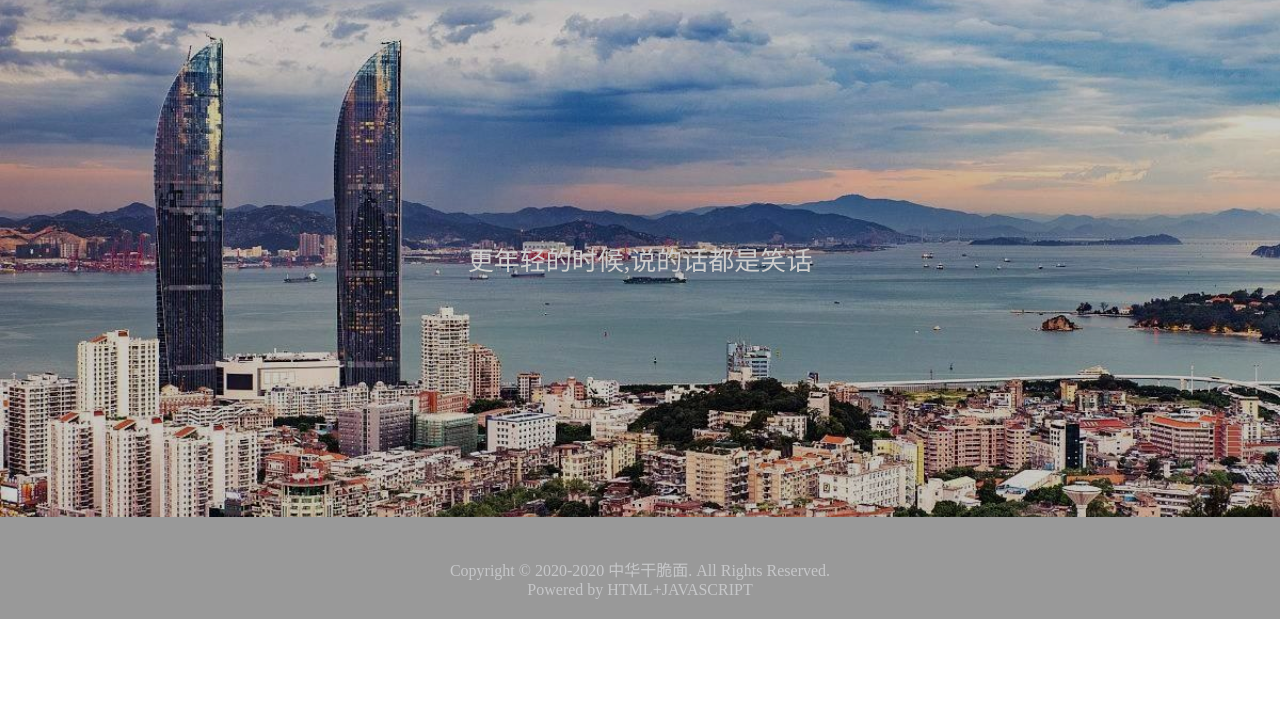
Repository: airsky0605/airsky0605.github.io
Page: index.html
The author's editor kept a copy of each file at every save. The page is drawn from the files as they stood at one save, then again after the next save.
The browser window is 1280 px wide. The pictures show the whole page.

Above is the page before, as saved 2020-04-10 17:48:16.

### index.html
<!DOCTYPE html>
<html lang="en">
<head>
  <meta charset="UTF-8">
  <meta name="viewport" content="width=device-width, initial-scale=1.0">
  <meta http-equiv="X-UA-Compatible" content="ie=edge">
  <link rel="stylesheet" href="./css/common.css">
  <link rel="stylesheet" href="./css/reset.css">
  <title>Document</title>
</head>
<body>
  <div class="banner">
    <div class="inner">
      <p class="t1">更年轻的时候,说的话都是笑话</p>
    </div>
  </div>
  <div class="container mainbox">

  </div>
  <footer class="footer">
    <div class="inner">
      <p>Copyright © 2020-2020 中华干脆面. All Rights Reserved.</p>
      <p>Powered by HTML+JAVASCRIPT</p>
    </div>
  </footer>
</body>
</html>

### css/common.css
.mainbox{
  max-width: 1200px;
  margin: 0 auto;
  overflow: hidden;
}
.banner{
  position: relative;
  background: url(../img/banner.jpeg) 0% 50% / cover no-repeat;
}
.banner::after{
  content: "";
  position: absolute;
  top: 0px;
  left: 0px;
  width: 100%;
  height: 100%;
  z-index: 1;
  background: rgba(0, 0, 0, 0.2);
}
.banner .inner{
  padding: 240px 0;
  position: relative;
}
.banner .inner p{
  text-align: center;
  color: #fff;
  position: relative;
  background: transparent;
}
.banner .inner .t1{
  font-size: 26px;

}
.banner .inner .t2{
  font-size: 22px;
  text-decoration: line-through;
}

.container{

}

.footer{
  background: #999;
  color: #c6c7c9;
  text-align: center;
}
.footer .inner{
  padding: 40px 0 20px;
}

### css/reset.css
/*RESET v3*/
html, body, div, span, object, iframe, h1, h2, h3, h4, h5, h6, p, blockquote, a, cite, img, sub, sup, dl, dt, dd, ol, ul, li, fieldset, form, label, legend, table, caption, tbody, tfoot, thead, tr, th, td, article, aside, canvas, details, embed, figure, figcaption, footer, header, hgroup, menu, nav, output, ruby, section, summary, time, mark, audio, video {
  border: 0;
  font: inherit;
  margin: 0;
  padding: 0;
  font-weight: normal;
  vertical-align: baseline;
}
html,body{
  height:100%
}
article, aside, details, figcaption, figure, footer, header, hgroup, menu, nav, section {
  display: block;
}
button {
  outline: none;
}
ol, ul {
  margin: 0;
  padding: 0;
}
ol, ul, li {
  list-style: none;
}
i, em {
  font-style: normal;
}
blockquote {
  quotes: none;
}
blockquote:before, blockquote:after {
  content: '';
  content: none;
}
a {
  outline: none;
  text-decoration: none;
  text-decoration:none;
  text-decoration: none;
  transition: background-color .5s ease 0s,color .5s ease 0s,width .5s ease 0s,border-width .5s ease 0s,border-color .5s ease 0s;
  -webkit-transition: background-color .5s ease 0s,color .5s ease 0s,width .5s ease 0s,border-width .5s ease 0s,border-color .5s ease 0s;
  -moz-transition: background-color .5s ease 0s,color .5s ease 0s,width .5s ease 0s,border-width .5s ease 0s,border-color .5s ease 0s;
  -ms-transition: background-color .5s ease 0s,color .5s ease 0s,width .5s ease 0s,border-width .5s ease 0s,border-color .5s ease 0s;
  -o-transition: background-color .5s ease 0s,color .5s ease 0s,width .5s ease 0s,border-width .5s ease 0s,border-color .5s ease 0s
}
input, textarea{
  font-family: inherit;
  font-size: inherit;
  color: inherit;
  outline: none;
  border: 0;
  margin: 0;
  padding: 0;
}
select, option{
  font-family: inherit;
}
.noselect{
  -webkit-user-select: none;
  user-select: none;
}
.clear {
  clear: both;
}
.clearfix:before,.clearfix:after{
  content:"";
  display:table;
}
.clearfix:after{
  clear:both;
}
.clearfix{
  *zoom:1;
}


.el-pagination{
  padding-left: 0!important;
}
.el-pagination.is-background .btn-next, .el-pagination.is-background .btn-prev, .el-pagination.is-background .el-pager li{
  margin-left: 0!important;
}
.w-e-menu{
  z-index: 2 !important;
}
.w-e-text-container{
  z-index: 1 !important;
}

After the next save:
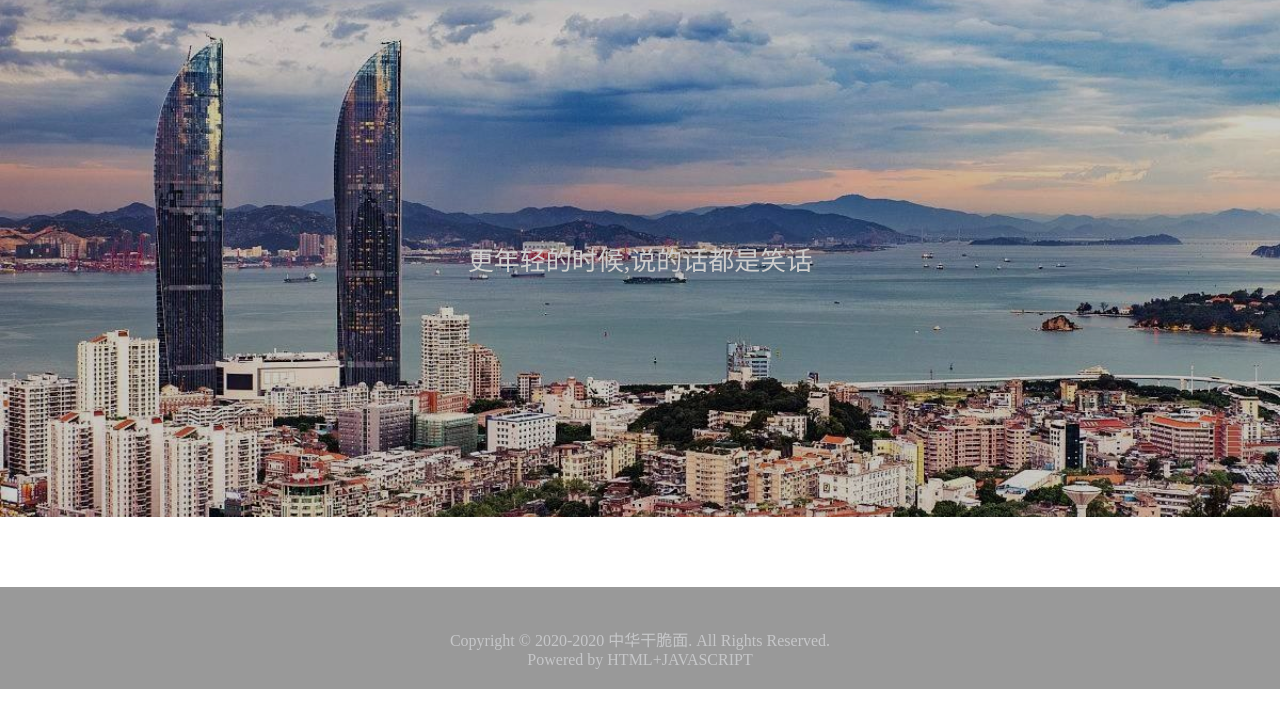
Saved 17 s later.
--- a/css/common.css
+++ b/css/common.css
@@ -37,7 +37,7 @@
 }
 
 .container{
-
+  margin: 35px 0!important;
 }
 
 .footer{
